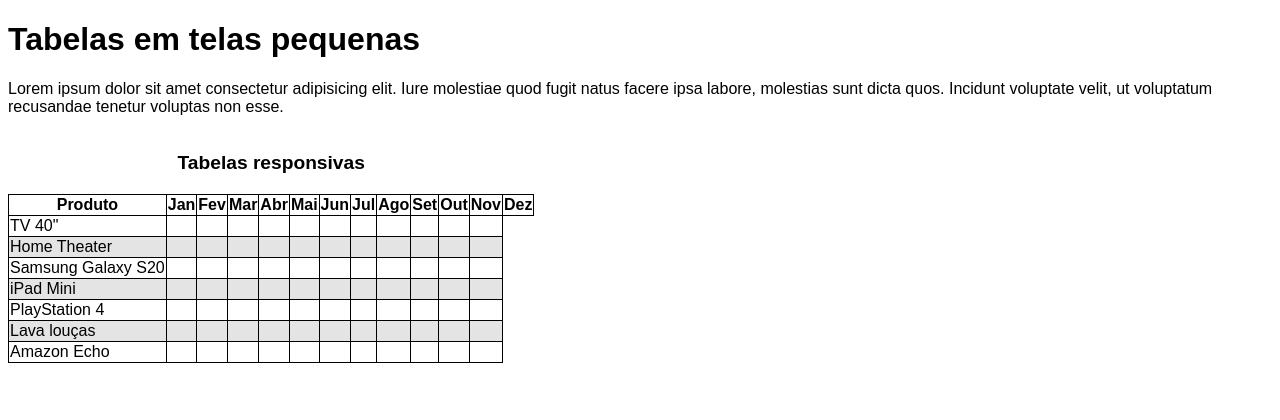
Repository: railsondev/html-css
Page: Módulo3/Exercicios/Ex02 - Tabelas/tabela005.html
These files come from the project's save history. The page is drawn as it stood at one moment and after a run of saves; the edit follows.
The browser window is 1280 px wide. The pictures show the whole page.

Above is the page before, as saved 2024-10-22 15:15:23.

### Módulo3/Exercicios/Ex02 - Tabelas/tabela005.html
<!DOCTYPE html>
<html lang="pt-br">
<head>
  <meta charset="UTF-8">
  <meta name="viewport" content="width=device-width, initial-scale=1.0">
  <title>Tabelas responsivas</title>
  <link rel="stylesheet" href="src/css/estilo05.css">
</head>
<body>
  <h1>Tabelas em telas pequenas</h1>
  <p>Lorem ipsum dolor sit amet consectetur adipisicing elit. Iure molestiae quod fugit natus facere ipsa labore, molestias sunt dicta quos. Incidunt voluptate velit, ut voluptatum recusandae tenetur voluptas non esse.</p>
  <table>
    <caption>Tabelas responsivas</caption>
    <thead>
      <tr>
        <th>Produto</th>
        <th>Jan</th>
        <th>Fev</th>
        <th>Mar</th>
        <th>Abr</th>
        <th>Mai</th>
        <th>Jun</th>
        <th>Jul</th>
        <th>Ago</th>
        <th>Set</th>
        <th>Out</th>
        <th>Nov</th>
        <th>Dez</th>
      </tr>
    </thead>
    <tbody>
      <tr>
        <td>TV 40"</td>
        <td></td>
        <td></td>
        <td></td>
        <td></td>
        <td></td>
        <td></td>
        <td></td>
        <td></td>
        <td></td>
        <td></td>
        <td></td>
      </tr>
      <tr>
        <td>Home Theater</td>
        <td></td>
        <td></td>
        <td></td>
        <td></td>
        <td></td>
        <td></td>
        <td></td>
        <td></td>
        <td></td>
        <td></td>
        <td></td>
      </tr>
      <tr>
        <td>Samsung Galaxy S20</td>
        <td></td>
        <td></td>
        <td></td>
        <td></td>
        <td></td>
        <td></td>
        <td></td>
        <td></td>
        <td></td>
        <td></td>
        <td></td>
      </tr>
      <tr>
        <td>iPad Mini</td>
        <td></td>
        <td></td>
        <td></td>
        <td></td>
        <td></td>
        <td></td>
        <td></td>
        <td></td>
        <td></td>
        <td></td>
        <td></td>
      </tr>
      <tr>
        <td>PlayStation 4</td>
        <td></td>
        <td></td>
        <td></td>
        <td></td>
        <td></td>
        <td></td>
        <td></td>
        <td></td>
        <td></td>
        <td></td>
        <td></td>
      </tr>
      <tr>
        <td>Lava louças</td>
        <td></td>
        <td></td>
        <td></td>
        <td></td>
        <td></td>
        <td></td>
        <td></td>
        <td></td>
        <td></td>
        <td></td>
        <td></td>
      </tr>
      <tr>
        <td>Amazon Echo</td>
        <td></td>
        <td></td>
        <td></td>
        <td></td>
        <td></td>
        <td></td>
        <td></td>
        <td></td>
        <td></td>
        <td></td>
        <td></td>
      </tr>
    </tbody>
    <tfoot>

    </tfoot>
  </table>
</body>
</html>

### Módulo3/Exercicios/Ex02 - Tabelas/src/css/estilo05.css
@charset 'UTF-8';

body {
  font-family: Arial, Helvetica, sans-serif;
}

table {
  border-collapse: collapse;
}

caption {
  font-size: 1.2em;
  font-weight: bolder;
  padding: 20px;
}

th, td {
  border: 1px solid black;
}

tr:nth-child(even) {
  background-color: rgb(228, 228, 228);
}

After the next 2 saves:
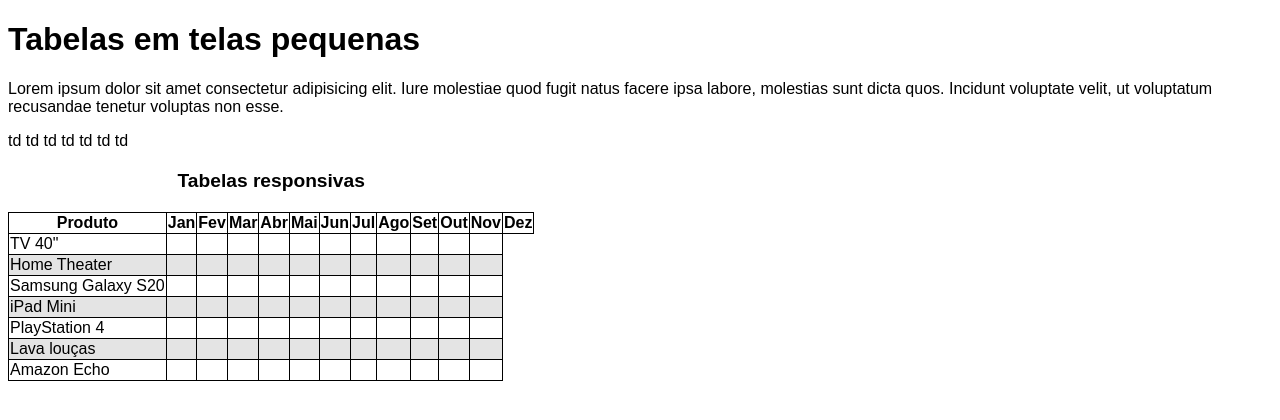
The 2 saves are shown as one change because they came seconds apart.
The last was saved 26 s later.
--- a/Módulo3/Exercicios/Ex02 - Tabelas/tabela005.html
+++ b/Módulo3/Exercicios/Ex02 - Tabelas/tabela005.html
@@ -42,6 +42,7 @@
         <td></td>
         <td></td>
         <td></td>
+        td
       </tr>
       <tr>
         <td>Home Theater</td>
@@ -56,6 +57,7 @@
         <td></td>
         <td></td>
         <td></td>
+        td
       </tr>
       <tr>
         <td>Samsung Galaxy S20</td>
@@ -70,6 +72,7 @@
         <td></td>
         <td></td>
         <td></td>
+        td
       </tr>
       <tr>
         <td>iPad Mini</td>
@@ -84,6 +87,7 @@
         <td></td>
         <td></td>
         <td></td>
+        td
       </tr>
       <tr>
         <td>PlayStation 4</td>
@@ -98,6 +102,7 @@
         <td></td>
         <td></td>
         <td></td>
+        td
       </tr>
       <tr>
         <td>Lava louças</td>
@@ -112,6 +117,7 @@
         <td></td>
         <td></td>
         <td></td>
+        td
       </tr>
       <tr>
         <td>Amazon Echo</td>
@@ -126,6 +132,7 @@
         <td></td>
         <td></td>
         <td></td>
+        td
       </tr>
     </tbody>
     <tfoot>

After the 5 saves that followed:
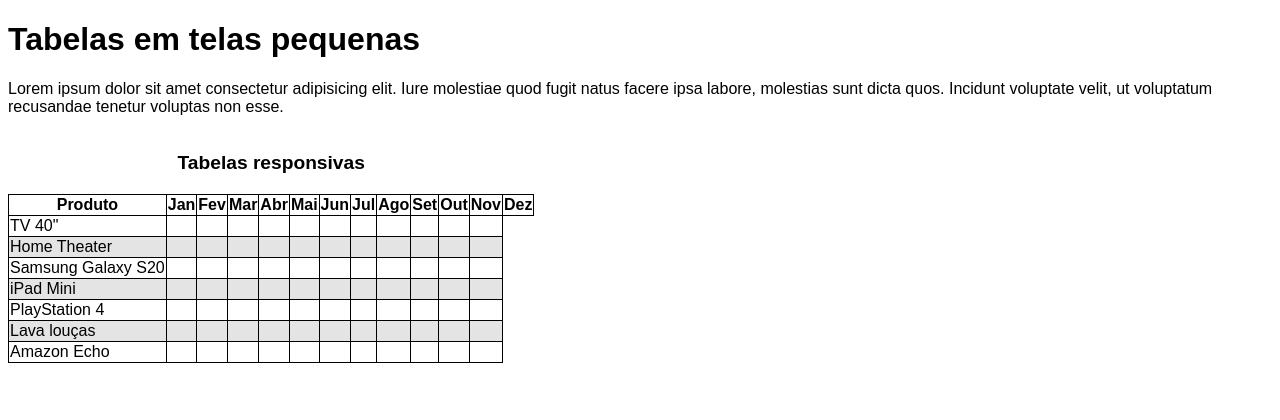
The 5 saves are shown as one change because 1 left the picture as it was and some came seconds apart.
The last was saved 15 s later.
--- a/Módulo3/Exercicios/Ex02 - Tabelas/tabela005.html
+++ b/Módulo3/Exercicios/Ex02 - Tabelas/tabela005.html
@@ -42,7 +42,7 @@
         <td></td>
         <td></td>
         <td></td>
-        td
+
       </tr>
       <tr>
         <td>Home Theater</td>
@@ -57,7 +57,7 @@
         <td></td>
         <td></td>
         <td></td>
-        td
+
       </tr>
       <tr>
         <td>Samsung Galaxy S20</td>
@@ -72,7 +72,7 @@
         <td></td>
         <td></td>
         <td></td>
-        td
+
       </tr>
       <tr>
         <td>iPad Mini</td>
@@ -87,7 +87,7 @@
         <td></td>
         <td></td>
         <td></td>
-        td
+
       </tr>
       <tr>
         <td>PlayStation 4</td>
@@ -102,7 +102,7 @@
         <td></td>
         <td></td>
         <td></td>
-        td
+
       </tr>
       <tr>
         <td>Lava louças</td>
@@ -117,7 +117,7 @@
         <td></td>
         <td></td>
         <td></td>
-        td
+
       </tr>
       <tr>
         <td>Amazon Echo</td>
@@ -132,7 +132,7 @@
         <td></td>
         <td></td>
         <td></td>
-        td
+
       </tr>
     </tbody>
     <tfoot>
